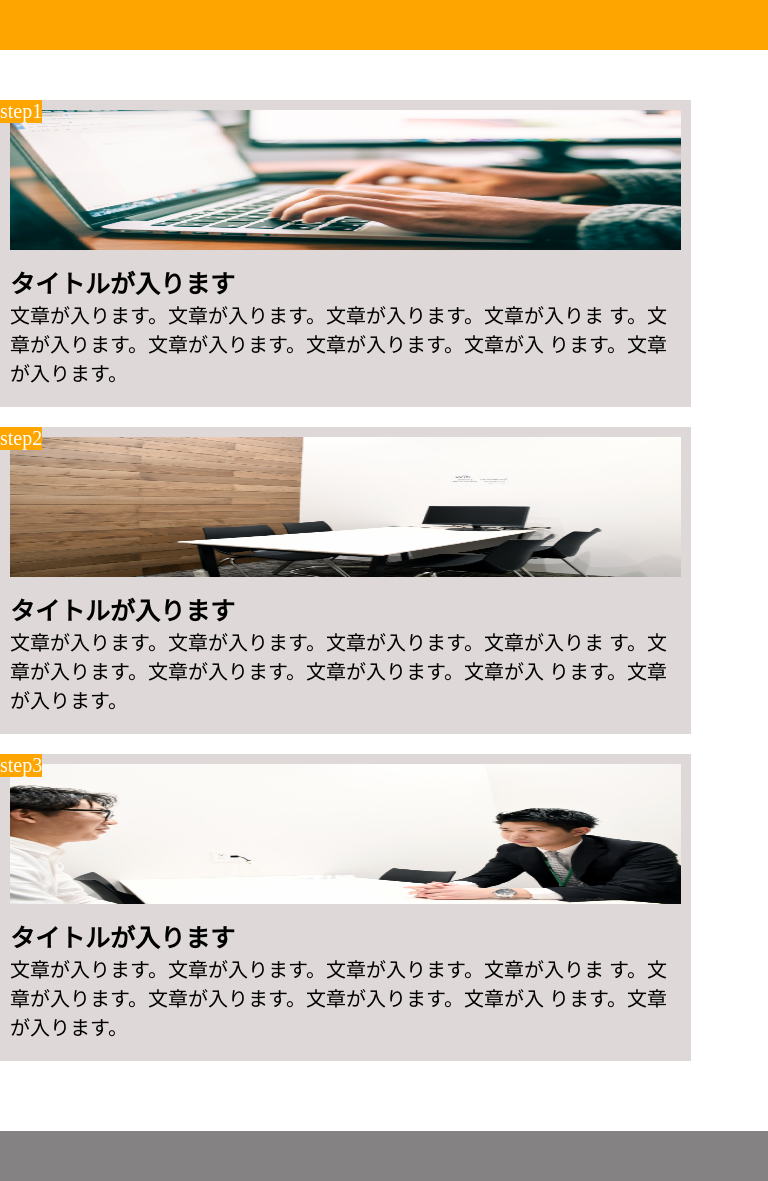
Repository: ishidaryu/ishidaryu
Page: HW/HW.html
The author's editor kept a record of every edit. The page is drawn from the files as they stood at one moment, then again after the next edit.
The browser window is 768 px wide. The pictures show the whole page.

Above is the page before.

After the next edit:
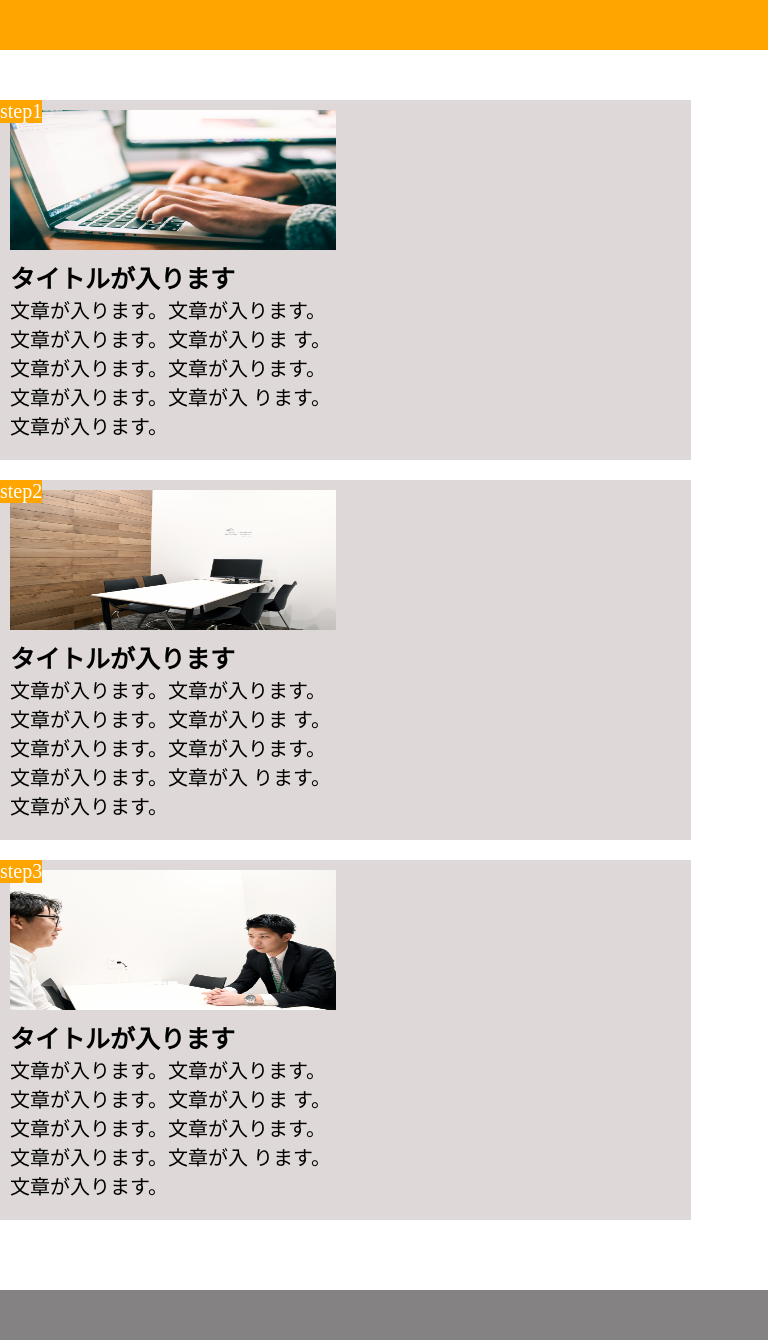
The edit:
--- a/HW/HW.css
+++ b/HW/HW.css
@@ -120,4 +120,18 @@
    main {
      display: block;
    }
+
+
+  .blog-box {
+    display: block;
+  }
+
+  .blog-image {
+    width: 50%;
+  }
+
+  .blog-text {
+    width: 50%;
+    padding-top: 5px;
+  } */
 }

After the edit that followed:
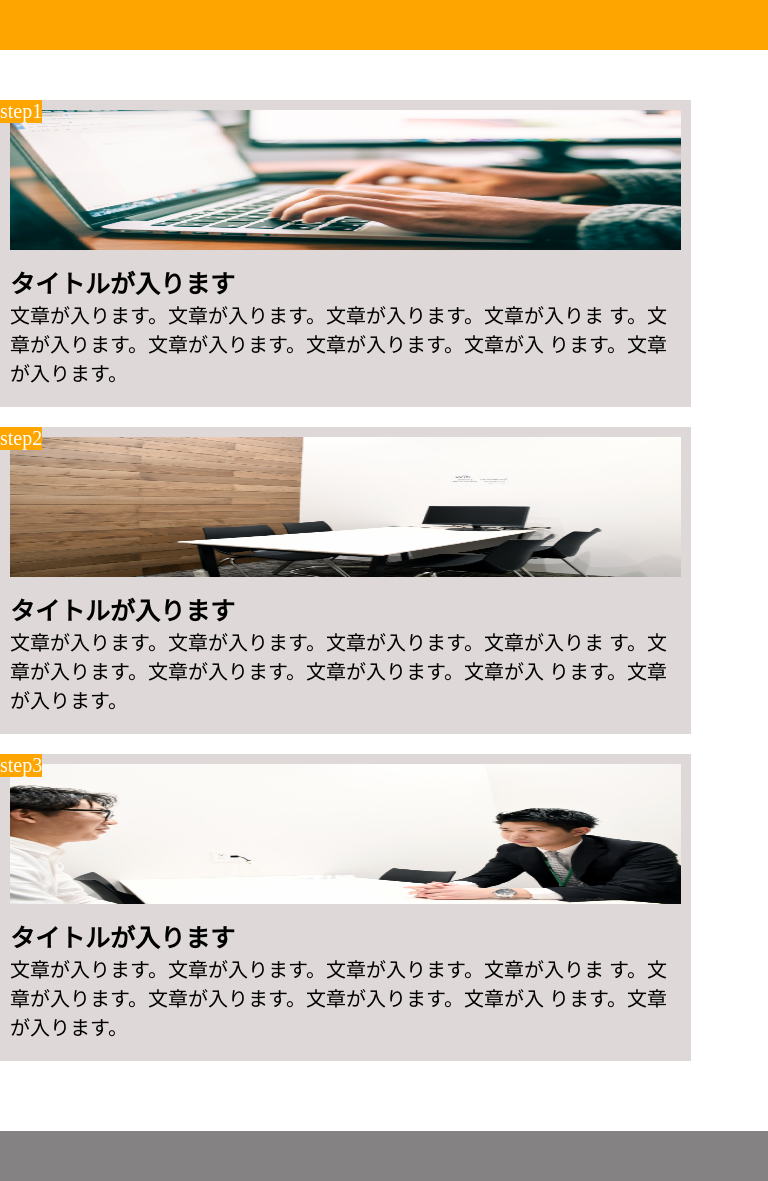
The edit:
--- a/HW/HW.css
+++ b/HW/HW.css
@@ -121,7 +121,7 @@
      display: block;
    }
 
-
+   /*
   .blog-box {
     display: block;
   }
